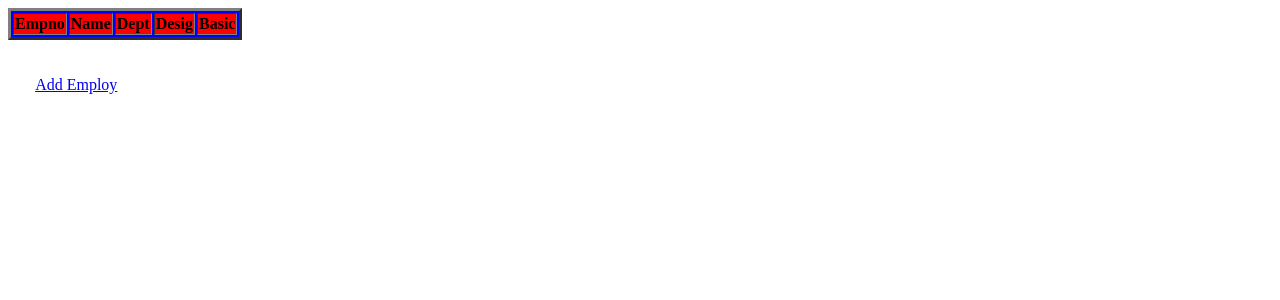
Repository: vinodkumarr269/mode1
Page: http://localhost/EmployCrude/EmployShow.jsp
An editor plug-in stored every save of this project. The page is shown before and after the next save, followed by the edit.
The browser window is 1280 px wide. The pictures show the whole page.
The page is served by Tomcat 9. Queries for data that is not in the repository find no rows.

Above is the page before, as saved 2019-08-22 03:30:40.

After the next save:
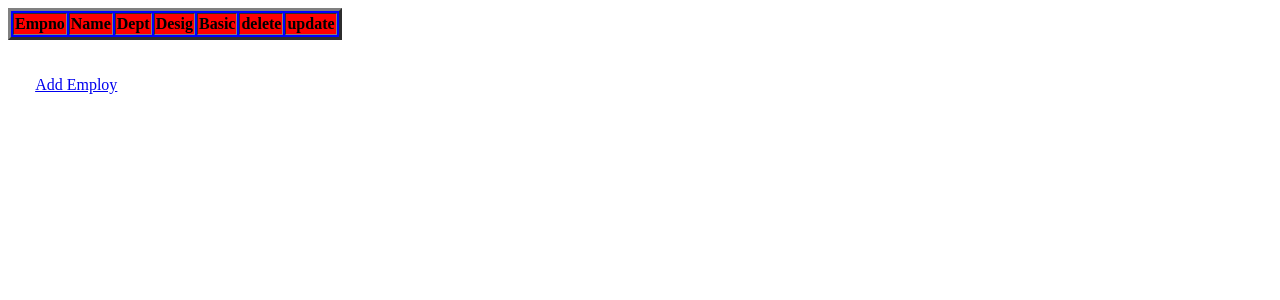
Saved 78 s later.
--- a/day13/EmployCrude/WebContent/EmployShow.jsp
+++ b/day13/EmployCrude/WebContent/EmployShow.jsp
@@ -18,6 +18,8 @@
 		<th>Dept</th>
 		<th>Desig</th>
 		<th>Basic</th>
+		<th>delete</th>
+		<th>update</th>
 	</tr>
 	<%
 	Connection con=DaoConnection.getConnection();
